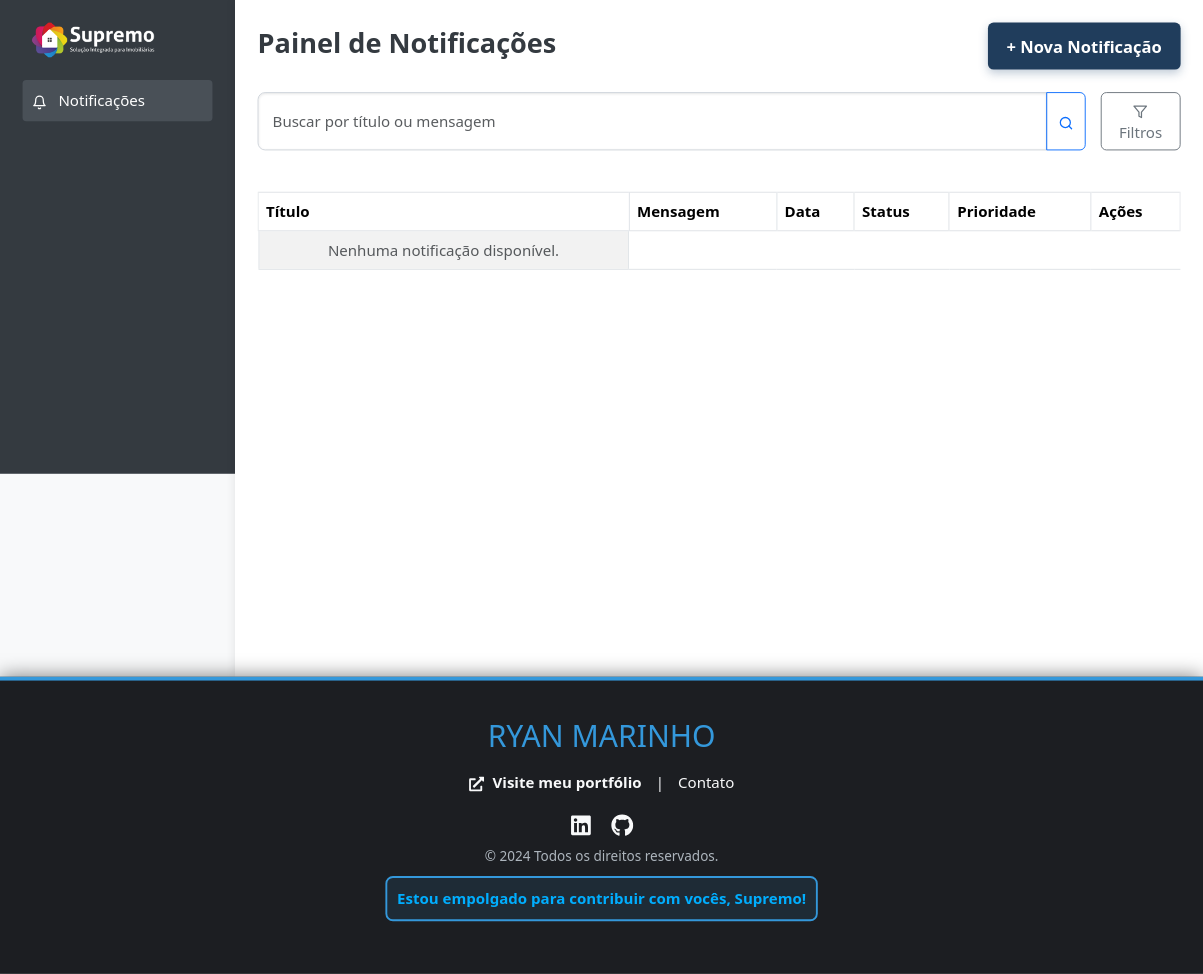
Repository: ryanmarinhodev/Supremo-teste-tecnico
Page: /notifications
An editor plug-in stored every save of this project. The page is shown before and after the next save, followed by the edit.
The browser window is 1280 px wide. The pictures show the whole page, at 94% of full size.
The project was rebuilt for these pictures with package versions that can differ from the ones it lists, and the page was loaded fresh each time. Also part of the build but not shown: src/App.css, src/Components/Login/index.jsx.

Above is the page before, as saved 2024-11-07 20:14:30.

### src/App.js
import { BrowserRouter, Routes, Route } from "react-router-dom";
import "./App.css";
import Login from "./Components/Login";
import NotificationsPage from "./Components/Notifications/homeNotification";

const App = () => {
  return (
    <BrowserRouter>
      <Routes>
        <Route path="/" element={<Login />} />
        <Route path="/notifications" element={<NotificationsPage />} />
      </Routes>
    </BrowserRouter>
  );
};

export default App;

### src/Components/Notifications/homeNotification.jsx
import React, { useState } from "react";
import Menu from "./menu";
import Buscar from "./buscar";
import TabelaNotificacoes from "./tabelaNotificacoes";
import ModalNotificacao from "./modalNotificacao";
import Footer from "./footer";
import "./notification.css";
import { Button } from "react-bootstrap";

const HomeNotification = () => {
  const [notifications, setNotifications] = useState([]);
  const [showModal, setShowModal] = useState(false);
  const [search, setSearch] = useState("");
  const [currentNotification, setCurrentNotification] = useState({
    id: null,
    title: "",
    message: "",
    date: "",
    status: "Não Lida",
    priority: "Normal",
  });

  const getCurrentDate = () => {
    const today = new Date();
    return today.toISOString().split("T")[0];
  };

  const openModal = (
    notification = {
      title: "",
      message: "",
      date: getCurrentDate(),
      status: "Não Lida",
      priority: "Normal",
    }
  ) => {
    setCurrentNotification(notification);
    setShowModal(true);
  };

  const closeModal = () => {
    setShowModal(false);
    setCurrentNotification({
      id: null,
      title: "",
      message: "",
      date: getCurrentDate(),
      status: "Não Lida",
      priority: "Normal",
    });
  };

  const handleChange = (e) => {
    const { name, value } = e.target;
    setCurrentNotification((prev) => ({ ...prev, [name]: value }));
  };

  const handleSubmit = () => {
    if (currentNotification.id) {
      setNotifications((prev) =>
        prev.map((notif) =>
          notif.id === currentNotification.id ? currentNotification : notif
        )
      );
    } else {
      setNotifications((prev) => [
        ...prev,
        { ...currentNotification, id: Date.now() },
      ]);
    }
    closeModal();
  };

  const handleDelete = (id) => {
    setNotifications((prev) => prev.filter((notif) => notif.id !== id));
  };

  const markAsRead = (id) => {
    setNotifications((prev) =>
      prev.map((notif) =>
        notif.id === id ? { ...notif, status: "Lida" } : notif
      )
    );
  };

  const filteredNotifications = notifications.filter(
    (notif) =>
      notif.title.toLowerCase().includes(search.toLowerCase()) ||
      notif.message.toLowerCase().includes(search.toLowerCase())
  );
  return (
    <>
      <div className="dashboard-container d-flex">
        <Menu />
        <div className="content flex-grow-1 p-4">
          <header className="d-flex justify-content-between align-items-center mb-4">
            <h2 className="page-title">Painel de Notificações</h2>
            <Button variant="primary" onClick={() => openModal()}>
              + Nova Notificação
            </Button>
          </header>

          <Buscar search={search} setSearch={setSearch} />

          <TabelaNotificacoes
            notifications={filteredNotifications}
            openModal={openModal}
            handleDelete={handleDelete}
            markAsRead={markAsRead}
          />

          <ModalNotificacao
            showModal={showModal}
            closeModal={closeModal}
            currentNotification={currentNotification}
            handleChange={handleChange}
            handleSubmit={handleSubmit}
          />
        </div>
      </div>
      <Footer />
    </>
  );
};

export default HomeNotification;

### src/Components/Login/styles.css
:root {
    --primary-color: #203d5c;
    --secondary-color: #adb5bd;
    --hover-color: #182533;
    --background-overlay: rgba(0, 0, 0, 0.4);
    --box-shadow: 0 4px 10px rgba(47, 84, 122, 0.3);
}

.login-container {
    background: url('https://wallpapers.com/images/hd/4k-architecture-yellow-glass-building-6d7nbmyltxlyxxv8.jpg') no-repeat center center;
    background-size: cover;
    min-height: 100vh;
    padding: 20px;
    display: flex;
    align-items: center;
    justify-content: center;
    position: relative;
}

.login-container::before {
    content: '';
    position: absolute;
    top: 0;
    left: 0;
    right: 0;
    bottom: 0;
    background: var(--background-overlay);
    z-index: 1;
}

.login-card {
    width: 100%;
    max-width: 600px;
    background-color: #ffff;
    border-radius: 12px;
    box-shadow: var(--box-shadow);
    border: 1px solid rgba(0, 0, 0, 0.05);
    transition: transform 0.3s ease, box-shadow 0.3s ease;
    position: relative;
    z-index: 2;
    padding: 40px;
    animation: fadeIn 0.6s ease;
    align-items: center;
    text-align: center;
}

.login-card:hover {
    transform: translateY(-5px);
    box-shadow: 0 15px 40px rgba(0, 0, 0, 0.3);
}


.logo {
    width: 100px;
    height: auto;
    margin-bottom: 20px;
}

.text-center {
    display: flex;
    flex-direction: column;
    align-items: center;
}

.login-title {
    font-size: 2rem;
    font-weight: 700;
    color: #000;
    margin-top: 10px;
    margin-bottom: 10px;
    font-family: 'Poppins', sans-serif;
}

.title-underline {
    width: 60px;
    height: 4px;
    background-color: #495f75;
    margin: 0 auto 20px auto;
    border-radius: 2px;
}

.subtitle {
    font-size: 1rem;
    color: #e0e0e0;
    text-align: center;
    margin-bottom: 30px;
    font-weight: 400;
}


.form-control {
    border-radius: 8px;
    padding: 15px;
    font-size: 1rem;
    border: 1px solid #ced4da;
    box-shadow: inset 0 1px 3px rgba(0, 0, 0, 0.1);
    transition: border-color 0.3s ease, box-shadow 0.3s ease;
}

.form-control:focus {
    border-color: var(--primary-color);
    box-shadow: 0 0 0 0.2rem rgba(89, 124, 161, 0.25);
}

/* Botão de login com estilo profissional */
.btn-primary {
    background-color: var(--primary-color);
    border: none;
    font-size: 1.1rem;
    font-weight: 600;
    padding: 12px 20px;
    border-radius: 6px;
    transition: background-color 0.3s ease, transform 0.2s ease;
    box-shadow: var(--box-shadow);
}

.btn-primary:hover {
    background-color: var(--hover-color);
    transform: scale(1.03);
}

/* Link "Esqueci a senha" com estilo sutil */
.text-secondary {
    color: var(--secondary-color) !important;
    font-size: 0.9rem;
}

.text-secondary:hover {
    color: #000 !important;
    text-decoration: underline;
}

/* Altera a cor de fundo e da borda do checkbox quando marcado */
.form-check-input:checked {
    background-color: var(--hover-color);
    border-color: var(--secondary-color);
}

.form-check-input:focus {
    box-shadow: none;
}

/* Efeito de transição suave ao aparecer o card */
@keyframes fadeIn {
    from {
        opacity: 0;
        transform: scale(0.9);
    }
    to {
        opacity: 1;
        transform: scale(1);
    }
}

@media (max-width: 768px) {
    .login-card {
        max-width: 90%;
        padding: 20px;
        border-radius: 8px;
    }

    .login-title {
        font-size: 1.5rem;
    }

    .subtitle {
        font-size: 0.9rem;
    }

    .logo {
        width: 80px;
    }

    .form-control {
        padding: 10px;
        font-size: 0.9rem;
    }

    .btn-primary {
        font-size: 1rem;
        padding: 10px;
    }

    .title-underline {
        width: 50px;
        height: 3px;
    }
}

### src/Components/Notifications/menu.jsx
import React from "react";
import { FiBell } from "react-icons/fi";
import Logo from "../../assets/logo-supremo-branco.png";

const Sidebar = () => (
  <aside className="sidebar p-4">
    <img src={Logo} alt="Logotipo Supremo" className="logo" />
    <ul className="nav flex-column mt-4">
      <li className="nav-item mb-2">
        <a href="/notifications" className="nav-link active">
          <FiBell className="me-2" /> Notificações
        </a>
      </li>
    </ul>
  </aside>
);

export default Sidebar;

### src/Components/Notifications/buscar.jsx
import React from "react";
import { InputGroup, FormControl, Button } from "react-bootstrap";
import { FiSearch, FiFilter } from "react-icons/fi";

const BarraBusca = ({ search, setSearch }) => (
  <div className="d-flex mb-4">
    <InputGroup className="me-2">
      <FormControl
        placeholder="Buscar por título ou mensagem"
        value={search}
        onChange={(e) => setSearch(e.target.value)}
      />
      <Button variant="outline-primary">
        <FiSearch />
      </Button>
    </InputGroup>
    <Button variant="outline-secondary" className="ms-2">
      <FiFilter /> Filtros
    </Button>
  </div>
);

export default BarraBusca;

### src/Components/Notifications/tabelaNotificacoes.jsx
import React from "react";
import { Table, Button, Badge } from "react-bootstrap";
import { FiEdit, FiTrash2, FiCheckCircle } from "react-icons/fi";

const TabelaNotificacoes = ({
  notifications,
  openModal,
  handleDelete,
  markAsRead,
}) => (
  <Table striped bordered hover responsive>
    <thead>
      <tr>
        <th>Título</th>
        <th>Mensagem</th>
        <th>Data</th>
        <th>Status</th>
        <th>Prioridade</th>
        <th>Ações</th>
      </tr>
    </thead>
    <tbody>
      {notifications.length > 0 ? (
        notifications.map((notification) => (
          <tr key={notification.id}>
            <td>{notification.title}</td>
            <td>{notification.message}</td>
            <td>{notification.date}</td>
            <td>
              <Badge
                bg={notification.status === "Não Lida" ? "warning" : "success"}
              >
                {notification.status}
              </Badge>
            </td>
            <td>
              <Badge bg={notification.priority === "Alta" ? "danger" : "info"}>
                {notification.priority}
              </Badge>
            </td>
            <td>
              <Button
                variant="outline-secondary"
                size="sm"
                className="me-2"
                onClick={() => openModal(notification)}
              >
                <FiEdit /> Editar
              </Button>
              <Button
                variant="outline-danger"
                size="sm"
                onClick={() => handleDelete(notification.id)}
              >
                <FiTrash2 /> Excluir
              </Button>
              {notification.status === "Não Lida" && (
                <Button
                  variant="outline-success"
                  size="sm"
                  className="ms-2"
                  onClick={() => markAsRead(notification.id)}
                >
                  <FiCheckCircle /> Marcar como Lida
                </Button>
              )}
            </td>
          </tr>
        ))
      ) : (
        <tr>
          <td colSpan="6" className="text-center text-muted">
            Nenhuma notificação disponível.
          </td>
        </tr>
      )}
    </tbody>
  </Table>
);

export default TabelaNotificacoes;

### src/Components/Notifications/modalNotificacao.jsx
import React from "react";
import { Modal, Button, Form } from "react-bootstrap";

const ModalNotificacao = ({
  showModal,
  closeModal,
  currentNotification,
  handleChange,
  handleSubmit,
}) => {
  return (
    <Modal show={showModal} onHide={closeModal}>
      <Modal.Header closeButton>
        <Modal.Title>
          {currentNotification.id
            ? "Editar Notificação"
            : "Cadastrar Notificação"}
        </Modal.Title>
      </Modal.Header>
      <Modal.Body>
        <Form>
          <Form.Group className="mb-3">
            <Form.Label>Título</Form.Label>
            <Form.Control
              type="text"
              placeholder="Título da Notificação"
              name="title"
              value={currentNotification.title}
              onChange={handleChange}
            />
          </Form.Group>
          <Form.Group className="mb-3">
            <Form.Label>Mensagem</Form.Label>
            <Form.Control
              as="textarea"
              rows={3}
              placeholder="Mensagem da Notificação"
              name="message"
              value={currentNotification.message}
              onChange={handleChange}
            />
          </Form.Group>
          <Form.Group className="mb-3">
            <Form.Label>Data de Envio</Form.Label>
            <Form.Control
              type="date"
              name="date"
              value={currentNotification.date}
              onChange={handleChange}
            />
          </Form.Group>
          <Form.Group className="mb-3">
            <Form.Label>Prioridade</Form.Label>
            <Form.Select
              name="priority"
              value={currentNotification.priority}
              onChange={handleChange}
            >
              <option value="Normal">Normal</option>
              <option value="Alta">Alta</option>
            </Form.Select>
          </Form.Group>
        </Form>
      </Modal.Body>
      <Modal.Footer>
        <Button variant="secondary" onClick={closeModal}>
          Cancelar
        </Button>
        <Button variant="primary" onClick={handleSubmit}>
          {currentNotification.id ? "Salvar Alterações" : "Cadastrar"}
        </Button>
      </Modal.Footer>
    </Modal>
  );
};

export default ModalNotificacao;

### src/Components/Notifications/footer.jsx
import React from "react";
import "./notification.css";
import { FaLinkedin, FaGithub, FaExternalLinkAlt } from "react-icons/fa";

const Footer = () => {
  const portfolioLink = "https://portfolio-ryann.netlify.app/";

  return (
    <footer className="footer">
      <div className="footer-content">
        <div className="footer-logo">
          <h2>Ryan Marinho</h2>
        </div>
        <nav className="footer-nav">
          <a href={portfolioLink} target="_blank" rel="noopener noreferrer">
            <FaExternalLinkAlt className="portfolio-icon" />{" "}
            {/* Ícone do link externo */}
            <span className="portfolio-text">Visite meu portfólio</span>
          </a>
          <span>|</span>
          <a href="/contato">Contato</a>
        </nav>
        <div className="footer-social">
          <a
            href="https://www.linkedin.com/in/ryan-marinho-861120211/"
            target="_blank"
            rel="noopener noreferrer"
          >
            <FaLinkedin size={24} />
          </a>
          <a
            href="https://github.com/ryanmarinhodev"
            target="_blank"
            rel="noopener noreferrer"
          >
            <FaGithub size={24} />
          </a>
        </div>
        <p className="footer-copy">
          &copy; {new Date().getFullYear()} Todos os direitos reservados.
        </p>
        <p className="footer-note">
          Estou empolgado para contribuir com vocês, Supremo!
        </p>
      </div>
    </footer>
  );
};

export default Footer;

### src/Components/Notifications/notification.css
.dashboard-container {
  display: flex;
  min-height: 100vh;
  background-color: #f8f9fa;
}

.sidebar {
  width: 250px;
  background-color: #343a40;
  color: #fff;
  height: 70vh;
}

.logo {
  width: 130px;
  display: flex;
  margin-left: 10px;
}

.sidebar h4 {
  font-size: 1.4rem;
  font-weight: bold;
  color: #fff;
}

.sidebar .nav-link {
  color: #ced4da;
  padding: 10px;
  font-weight: 500;
}

.sidebar .nav-link:hover,
.sidebar .nav-link.active {
  background-color: #495057;
  color: #fff;
  border-radius: 4px;
}

.content {
  flex-grow: 1;
  padding: 20px 40px;
  background-color: #ffffff;
  box-shadow: 0px 0px 10px rgba(0, 0, 0, 0.1);
}

.page-title {
  font-size: 1.8rem;
  font-weight: bold;
  color: #343a40;
}

.table {
  margin-top: 20px;
}

button {
  transition: background-color 0.3s ease, box-shadow 0.2s ease;
}

button:hover {
  box-shadow: 0px 4px 8px rgba(0, 0, 0, 0.15);
}

.footer {
  background-color: #1c1e22;
  color: #f8f9fa;
  text-align: center;
  padding: 40px 20px;
  position: relative;
  bottom: 0;
  width: 100%;
  box-shadow: 0 -1px 20px rgba(0, 0, 0, 0.5);
  border-top: 4px solid #3498db;
}

.footer-content {
  max-width: 1200px;
  margin: auto;
  display: flex;
  flex-direction: column;
  align-items: center;
}

.footer-logo {
  font-size: 2em;
  font-weight: bold;
  margin-bottom: 10px;
  color: #3498db;
  text-transform: uppercase;
}

.footer-nav {
  margin-bottom: 10px;
}

.footer-nav a {
  color: #f8f9fa;
  text-decoration: none;
  margin: 0 15px;
  transition: color 0.3s, transform 0.3s;
}

.footer-nav a:hover {
  color: #3498db;
  transform: scale(1.1);
}

.portfolio-icon {
  margin-right: 5px;
  vertical-align: middle;
}

.portfolio-text {
  font-weight: bold;
}

.footer-social {
  margin: 10px 0;
}

.footer-social a {
  color: #f8f9fa;
  margin: 0 10px;
  transition: color 0.3s;
}

.footer-social a:hover {
  color: #3498db;
}

.footer-copy {
  font-size: 0.9em;
  margin: 0;
  color: #adb5bd;
}

.footer-note {
  font-size: 1em;
  color: #00aeff;
  margin-top: 10px;
  font-weight: bold;
  padding: 10px;
  border: 2px solid #3498db;
  border-radius: 8px;
  background-color: rgba(52, 152, 219, 0.1);
  transition: transform 0.3s;
}

.footer-note:hover {
  transform: scale(1.05);
}

Loaded but not shown: public/index.html (common file); src/index.js (common file); src/index.css (common file); src/reportWebVitals.js (common file)

After the next save:
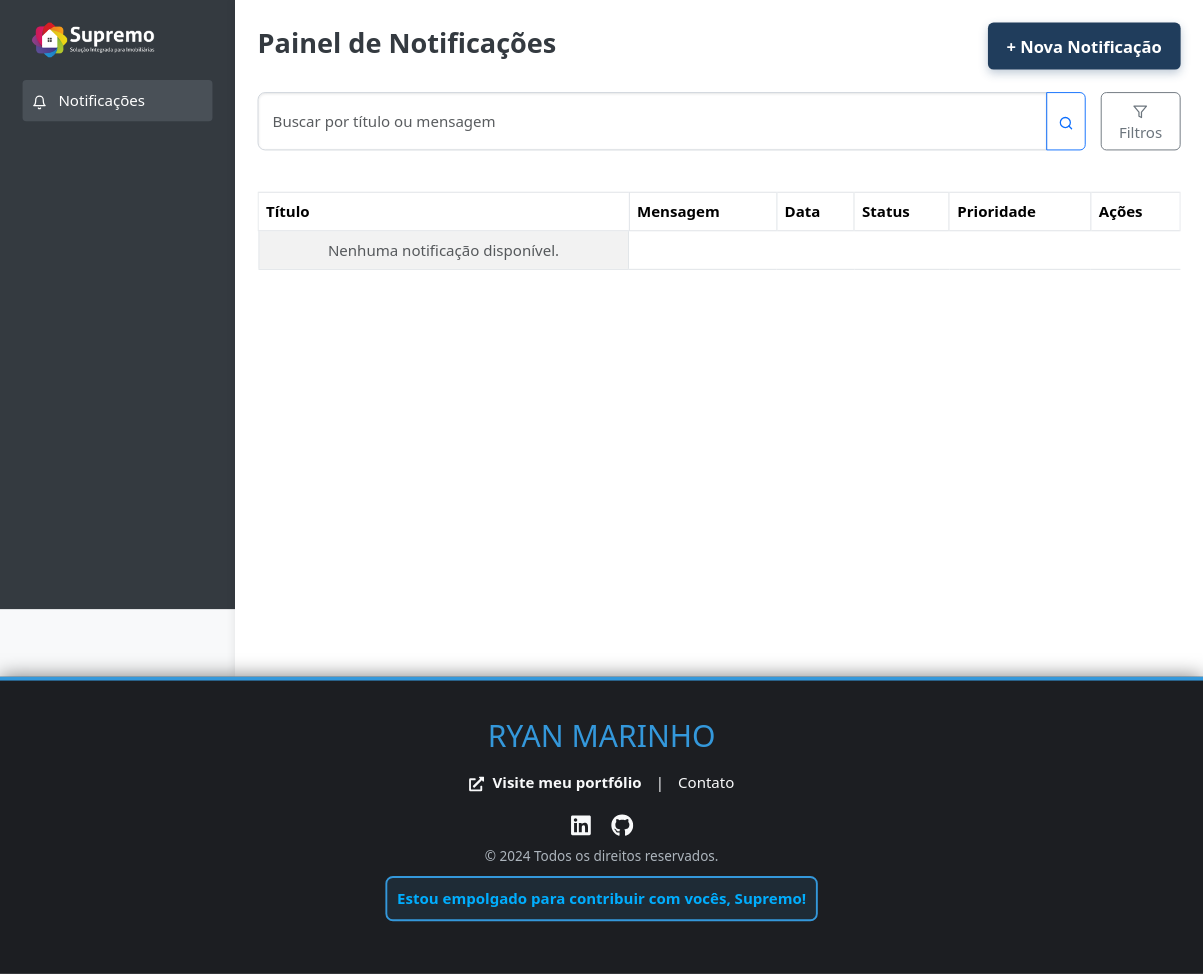
Saved 9 s later.
--- a/src/Components/Notifications/notification.css
+++ b/src/Components/Notifications/notification.css
@@ -8,7 +8,7 @@
   width: 250px;
   background-color: #343a40;
   color: #fff;
-  height: 70vh;
+  height: 90vh;
 }
 
 .logo {
